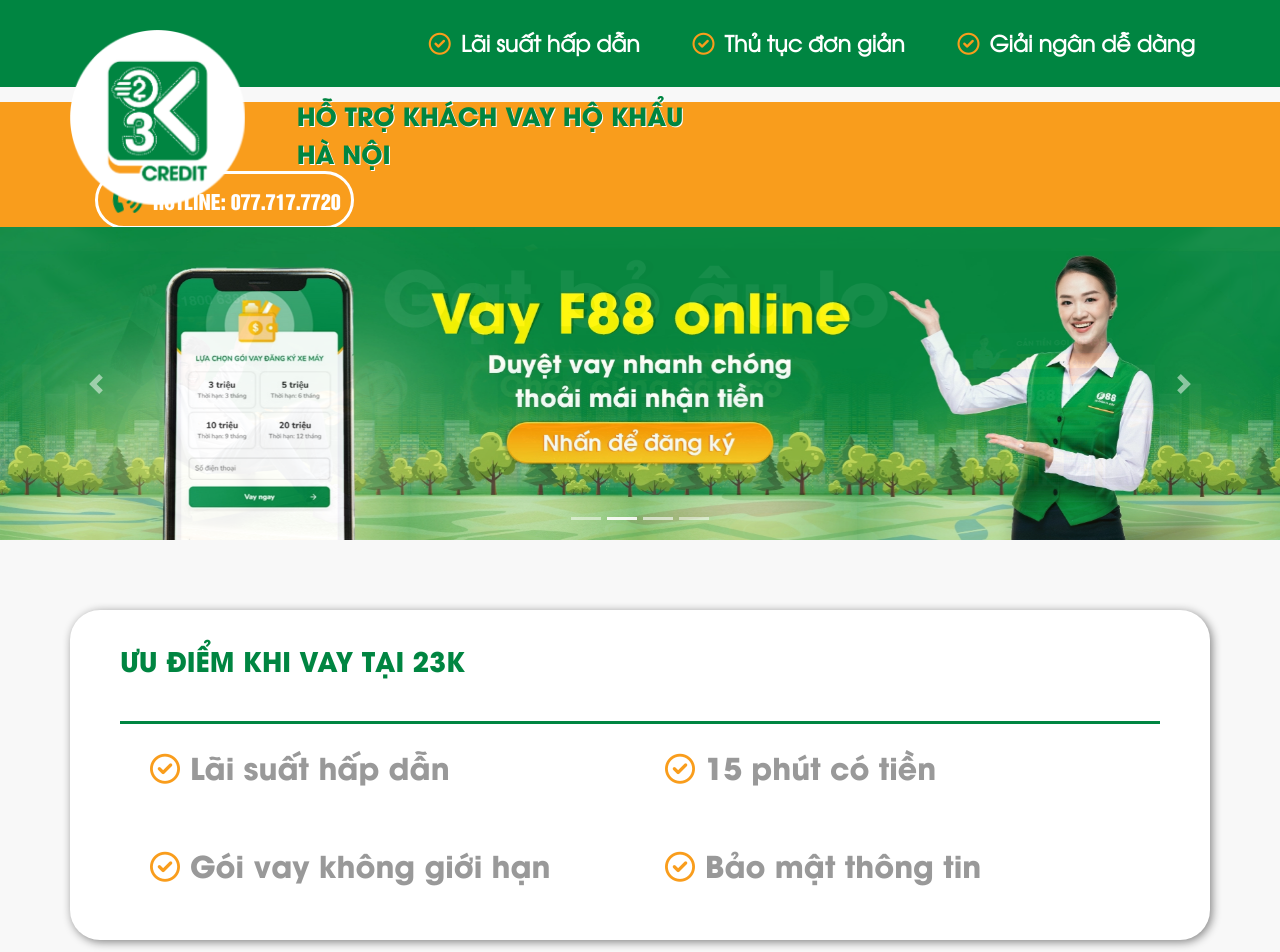
Repository: anhtu2110/23k.vn
Page: theme/index.html
An editor plug-in stored every save of this project. The page is shown before and after the next save, followed by the edit.
The browser window is 1280 px wide. The pictures show the part of the page from y = 0 to 952 px (the page is 1984 px tall).
A picture or video elsewhere on the page could not be fetched, so the positions and the page height are approximate.

Above is the page before, as saved 2022-12-29 21:39:57.

### theme/index.html
<!DOCTYPE html>
<html lang="en">

<head>
    <meta charset="UTF-8">
    <meta http-equiv="X-UA-Compatible" content="IE=edge">
    <meta name="viewport" content="width=device-width, initial-scale=1.0">
    <link rel="icon" type="image/x-icon" href="./public/images/footer_logo.png">
    <link rel="stylesheet" href="public/css/bootstrap/bootstrap-theme.css" type="text/css" />
    <link rel="stylesheet" href="public/css/bootstrap/bootstrap.css" type="text/css" />
    <link rel="stylesheet" href="public/reset.css" type="text/css" />
    <link rel="stylesheet" href="public/css/font-awesome/css/font-awesome.min.css">
    <link rel="stylesheet" href="https://cdnjs.cloudflare.com/ajax/libs/font-awesome/6.2.1/css/all.min.css">
    <link rel="stylesheet" href="public/style.css" type="text/css" />
    <link rel="stylesheet" href="public/responsive.css" type="text/css" />
    <title>23K</title>

    <script src="public/js/jquery-3.6.1.min.js"></script>
    <script src="public/js/bootstrap/bootstrap.min.js"></script>
    <script src="public/js/main.js"></script>
</head>

<body>
    <!-- test  -->
    <div id="wrapper">
        <div id="header">
            <div class="header-top">
                <div class="container">
                    <div class="logo">
                        <a href="" class="logo">
                            <img src="./public/images/LOGO.png" alt="">
                        </a>
                    </div>
                    <ul class="benefit">
                        <li class="benefit-item">Lãi suất hấp dẫn</li>
                        <li class="benefit-item">Thủ tục đơn giản </li>
                        <li class="benefit-item">Giải ngân dễ dàng</li>
                    </ul>
                </div>
            </div>
            <div class="header-bottom">
                <div class="container">
                    <div class="row">
                        <div class="col-md-3"></div>
                        <div class="col-md-6">
                            <span class="content text-uppercase">Hỗ trợ khách vay hộ khẩu hà nội</span>
                        </div>
                        <div class="col-md-5">
                            <a href="tel:0777177720" class="hotline text-decoration-none">
                                <span class="icon-phone"><i class="fa-solid fa-phone-volume animation-phone"></i></span>
                                <span>Hotline: 077.717.7720</span>
                            </a>
                        </div>
                    </div>
                    <!-- <span class="content text-uppercase">Hỗ trợ khách vay hộ khẩu hà nội</span> -->
                    <!-- <a href="tel:0777177720" class="hotline text-decoration-none">
                        <span class="icon-phone"><i class="fa-solid fa-phone-volume animation-phone"></i></span>
                        <span>Hotline: 077.717.7720</span>
                    </a> -->
                </div>
            </div>
        </div>
        <!-- END HEADER  -->
        <style>
            #banner img {
                max-width: 100%;
                height: auto;
            }
        </style>
        <div id="wp-content">
            <section class="home-banner">
                <div id="banner" class="banner carousel slide carousel-fade" data-ride="carousel">
                    <ol class="carousel-indicators">
                        <li data-target="#banner" class="active" data-slide-to="0"></li>
                        <li data-target="#banner" data-slide-to="1"></li>
                        <li data-target="#banner" data-slide-to="2"></li>
                        <li data-target="#banner" data-slide-to="3"></li>
                    </ol>
                    <div class="carousel-inner">
                        <div class="carousel-item active" data-interval="2500">
                            <a href="">
                                <img class="desktop" src="./public/images/20220511164418256-1920 x 470.jpg" alt="">
                            </a>
                        </div>
                        <div class="carousel-item" data-interval="2500">
                            <a href="">
                                <img class="desktop" src="./public/images/20221012100205330-f88 vay tiền destop.png"
                                    alt="">
                            </a>
                        </div>
                        <div class="carousel-item" data-interval="2500">
                            <a href="">
                                <img class="desktop"
                                    src="./public/images/20221118174037871-destop wc vay tiền tại f88.jpg" alt="">
                            </a>
                        </div>
                        <div class="carousel-item" data-interval="2500">
                            <a href="">
                                <img class="desktop" src="./public/images/slider_4.jpg" alt="">
                            </a>
                        </div>
                    </div>
                    <a href="#banner" class="carousel-control-prev" data-slide="prev">
                        <span class="carousel-control-prev-icon"></span>
                    </a>
                    <a href="#banner" class="carousel-control-next" data-slide="next">
                        <span class="carousel-control-next-icon"></span>
                    </a>
                </div>
            </section>
            <!-- END HOME-BANNER  -->
            <div id="advantages" class="container box">
                <div class="head-box">
                    <div class="row">
                        <div class="col-md-12">
                            <p class="title">Ưu điểm khi vay tại 23k</p>
                        </div>
                    </div>
                </div>
                <div class="list-advantage">
                    <div class="row justify-content-center">
                        <div class="col-md-6 col-12">
                            <p class="advantage">Lãi suất hấp dẫn</p>
                        </div>
                        <div class="col-md-6 col-12">
                            <p class="advantage">15 phút có tiền</p>
                        </div>
                        <div class="col-md-6 col-12">
                            <p class="advantage">Gói vay không giới hạn</p>
                        </div>
                        <div class="col-md-6 col-12">
                            <p class="advantage">Bảo mật thông tin</p>
                        </div>
                    </div>
                </div>
            </div>
            <!-- END ADVANTAGES  -->
            <div id="should-choose" class="container box">
                <div class="head-box">
                    <div class="row">
                        <div class="col-md-12">
                            <p class="title">Bạn nên chọn 23k</p>
                        </div>
                    </div>
                </div>
                <ul class="list-reason">
                    <li class="reason-item">
                        <a href=""><img src="./public/images/thu_tuc.png" alt=""></a>
                        <p>Thủ tục đơn giản chỉ cần CCCD & sổ hộ khẩu Hà Nội</p>
                    </li>
                    <li class="reason-item">
                        <a href=""><img src="./public/images/tham_dinh.png" alt=""></a>
                        <p>
                            Thẩm định nhanh chóng linh hoạt
                        </p>
                    </li>
                    <li class="reason-item">
                        <a href=""><img src="./public/images//lai_suat.png" alt=""></a>
                        <p>Lãi suất ưu đãi nhất Hà Nội</p>
                    </li>
                    <li class="reason-item">
                        <a href=""><img src="./public/images/tu_van.png" alt=""></a>
                        <p>Đăng ký tư vấn online dễ dàng</p>
                    </li>
                    <li class="reason-item">
                        <a href=""><img src="./public/images/bao_mat.png" alt=""></a>
                        <p>Bảo mật thông tin khách hàng</p>
                    </li>
                </ul>
            </div>
        </div>
        <!-- END WP-CONTENT  -->
        <div id="footer">
            <div id="footer-top">
                <div class="container">
                    <div class="row">
                        <div class="footer-top-content col-12">
                            <span class="footer-thank">Trân trọng cảm ơn quý khách !</span>
                            <a href="tel:0777177720" class="hotline text-decoration-none">
                                <span class="icon-phone"><i class="fa-solid fa-phone-volume animation-phone"></i></span>
                                <span>Hotline: 077.717.7720</span>
                            </a>
                        </div>
                    </div>
                </div>
            </div>
            <!-- END FOOTER-TOP  -->
            <div id="footer-bottom">
                <div class="container">
                    <div class="row no-gutters">
                        <div class="footer-logo col-md-4">
                            <a href="" class="logo">
                                <img src="./public/images/footer_logo.png" alt="">
                            </a>
                        </div>
                        <div class="footer-info-contact">
                            <p>Thông tin liên hệ</p>
                            <ul class="list-info-contact">
                                <li class="info-contact-item"><a href=""><i class="fa-solid fa-location-dot"></i>252 Đ.
                                        Lạc Long
                                        Quân, Bưởi, Cầu Giấy, Hà Nội, Việt Nam</a></li>
                                <li class="info-contact-item"><a href=""><i class="fa-solid fa-phone"></i>HOTLINE:
                                        0777.170.720</a></li>
                                <li class="info-contact-item"><a href=""><i
                                            class="fa-brands fa-square-facebook"></i>www.facebook.com/groups/taichinh23k</a>
                                </li>
                            </ul>
                        </div>
                    </div>
                </div>
            </div>
            <div class="container">
                <div class="row">
                    <div class="col-md-4">xin chaof</div>
                    <div class="col-md-4">xin chaof</div>
                    <div class="col-md-4">xin chào</div>
                </div>
            </div>

            <!-- END FOOTER-BOTTOM  -->
        </div>
        <!-- END FOOTER  -->
    </div>
</body>

</html>

### theme/public/style.css
@import '../public/css/import/fonts.css';
@import '../public/css/import/global.css';
@import '../public/css/import/header.css';
@import '../public/css/import/footer.css';
@import '../public/css/import/register.css';

### theme/public/responsive.css
@media (max-width: 1199px) {
    html {
        font-size: 5.333px;
        /* font-size: 8px; */
    }
}

@media (max-width: 767px) {
    html {
        font-size: 10px;
    }
}

### theme/public/css/import/fonts.css
@font-face {
    font-family: 'Leelawadee UI Bold';
    src: url('../../font/leelawdb.ttf');
}

@font-face {
    font-family: 'Montserrat-SemiBold';
    src: url('../../font/Montserrat-SemiBold.ttf');
}

@font-face {
    font-family: 'UTM Avo';
    src: url('../../font/UTM\ Avo.ttf');
}

@font-face {
    font-family: 'UTM AvoBold_Italic';
    src: url('../../font/UTM\ AvoBold_Italic.ttf');
}

@font-face {
    font-family: 'UTM AvoBold';
    src: url('../../font/UTM\ AvoBold.ttf');
}

@font-face {
    font-family: 'UTM AvoItalic';
    src: url('../../font/UTM\ AvoItalic.ttf');
}

@font-face {
    font-family: 'UTM HelvetIns';
    src: url('../../font/UTM\ HelvetIns.ttf');
}

### theme/public/css/import/global.css
:root {
    --bg-page: #F8F8F8;
    --bg-green: #008541;
    --bg-white: #FFFFFF;
    --bg-orange: #F99D1C;
    --bg-gray: #666666;
}

a {
    text-decoration: none !important;
}

ul {
    padding: 0;
    margin: 0;
}

html {
    font-size: 62.5%;
}

body {
    background-color: var(--bg-page);
}

.head-box {
    padding-bottom: 3rem;
    padding-top: 1rem;
    border-bottom: 3px solid var(--bg-green);
}

p.title {
    font-size: 2.7rem;
    font-family: 'UTM AvoBold';
    color: var(--bg-green);
    text-transform: uppercase;
}

.box {
    background-color: var(--bg-white);
    padding: 2rem 5rem;
    box-shadow: 2px 2px 10px gray;
    border-radius: 3rem;
    z-index: 1;
}

a.hotline {
    display: inline-block;
    font-size: 2rem;
    font-family: 'UTM HelvetIns';
    text-transform: uppercase;
    color: var(--bg-white);
    padding: 1rem 1rem;
    border: 0.3rem solid var(--bg-white);
    border-radius: 100rem;
    margin-left: 1rem;
    overflow: hidden;
}

a.hotline span.icon-phone i {
    font-size: 3rem;
    color: var(--bg-green);
    padding-inline: 0.5rem;
}

.animation-phone {
    animation-name: trin;
    animation-duration: 1.5s;
    animation-iteration-count: infinite;
    animation-timing-function: linear;
}

@keyframes trin {

    from {
        transform: rotate3d(0, 0, 1, 0deg);
    }

    20%,
    32%,
    44%,
    56%,
    68% {
        transform: rotate3d(0, 0, 1, 0deg);
    }

    23%,
    35%,
    47%,
    59%,
    71% {
        transform: rotate3d(0, 0, 1, 15deg);
    }

    26%,
    38%,
    50%,
    62%,
    74% {
        transform: rotate3d(0, 0, 1, 0deg);
    }

    29%,
    41%,
    53%,
    65%,
    77% {
        transform: rotate3d(0, 0, 1, -15deg);
    }

    80% {
        transform: rotate3d(0, 0, 1, 0deg);
    }

}

### theme/public/css/import/header.css
.header-top {
    background-color: var(--bg-green);
    margin-bottom: 1.5rem;
}

.header-top .container {
    position: relative;
    display: flex;
    justify-content: flex-end;
}

#header .logo {
    position: absolute;
    top: 1.5rem;
    left: 0;
    border-radius: 10rem;
    z-index: 1;
}

#header .logo a.logo img {
    width: 17.5rem;
    height: auto;
}

ul.benefit li.benefit-item {
    display: inline-block;
    font-size: 2.2rem;
    color: red;
    font-family: 'UTM Avo';
    font-weight: 600;
    color: var(--bg-white);
    padding: 2.6rem 2rem;
}

ul.benefit li.benefit-item:last-child {
    padding-right: 0;
}

ul.benefit li.benefit-item::before {
    display: inline-block;
    content: '\f058';
    font-family: "Font Awesome 6 Free";
    -webkit-font-smoothing: antialiased;
    font-weight: normal;
    color: #F99D1C;
    padding-inline: 1rem;
}

/* ul.benefit li.benefit-item i {
    display: inline-block;
    padding-inline: 1rem;
    color: #F99D1C;
} */

/* END HEADER TOP  */
.header-bottom {
    height: 12.5rem;
    background-color: var(--bg-orange);
    display: flex;
    align-items: center;
}

.header-bottom .container {
    display: flex;
    align-items: center;
    /* justify-content: right; */
}

.header-bottom .content {
    font-size: 2.5rem;
    font-family: 'UTM AvoBold';
    color: var(--bg-green);
    text-shadow: 1px 1px var(--bg-white);
    width: fit-content;
}

### theme/public/css/import/footer.css
#footer #footer-top {
    background-color: var(--bg-green);
    padding-block: 3rem;
}

#footer #footer-top .footer-top-content {
    display: flex;
    justify-content: space-between;
}

#footer #footer-top .footer-top-content span.footer-thank {
    font-size: 3.8rem;
    color: var(--bg-white);
    font-family: 'UTM AvoBold';
    text-transform: uppercase;
    margin-left: -1.5rem;
}

#footer #footer-top .footer-top-content a.hotline {
    /* border: none; */
    background-color: var(--bg-orange);
    margin-right: -1.5rem;
}

/* END FOOTER-TOP  */
#footer #footer-bottom .footer-logo a.logo img {
    display: block;
    max-width: 18rem;
    height: auto;
}

#footer #footer-bottom {
    padding-block: 4rem;
}

.footer-info-contact {
    font-size: 2.6rem;
    color: var(--bg-gray);
}

.footer-info-contact p {
    padding-block: 1rem;
    border-bottom: 0.2rem solid var(--bg-green);
}

ul.list-info-contact {
    list-style: none;
    padding: 0;
    margin: 0;
}

ul.list-info-contact li a {
    color: var(--bg-gray);
}

ul.list-info-contact i {
    display: inline-block;
    width: 3rem;
    height: auto;
}

### theme/public/css/import/register.css
#wp-content {
    margin-bottom: 8rem;
}

#advantages {
    margin-block: 7rem;
}

#advantages .list-advantage {
    margin-inline: 2rem;
}

#advantages p.advantage {
    font-size: 3rem;
    color: #999999;
    font-family: 'UTM AvoBold';
    padding-block: 2rem;
}

#advantages p.advantage::before {
    display: inline-block;
    content: '\f058';
    font-family: "Font Awesome 6 Free";
    -webkit-font-smoothing: antialiased;
    font-weight: normal;
    color: var(--bg-orange);
    padding-inline: 1rem;
}

/* END ADVANTAGE  */
#should-choose ul.list-reason {
    list-style: none;
    padding: 0;
    margin: 0;
    display: flex;
    align-items: center;
    text-align: center;
}

#should-choose ul.list-reason li.reason-item {
    flex-basis: 20%;
    padding: 2rem;
}

#should-choose ul.list-reason li a {
    display: block;
    width: 100%;
    height: 16rem;
}

#should-choose ul.list-reason li a img {
    display: inline-block;
    width: 15rem;
    height: auto;
}

#should-choose ul.list-reason li.reason-item p {
    font-size: 2rem;
    font-family: "UTM Avo";
    color: #808080;
}

Loaded but not shown: theme/public/css/bootstrap/bootstrap-theme.css (library); theme/public/css/bootstrap/bootstrap.css (library); theme/public/reset.css (common file); theme/public/css/font-awesome/css/font-awesome.min.css (library); theme/public/js/jquery-3.6.1.min.js (library); theme/public/js/bootstrap/bootstrap.min.js (library); theme/public/js/main.js (no copy from this time; the picture is the same without it)

After the next save:
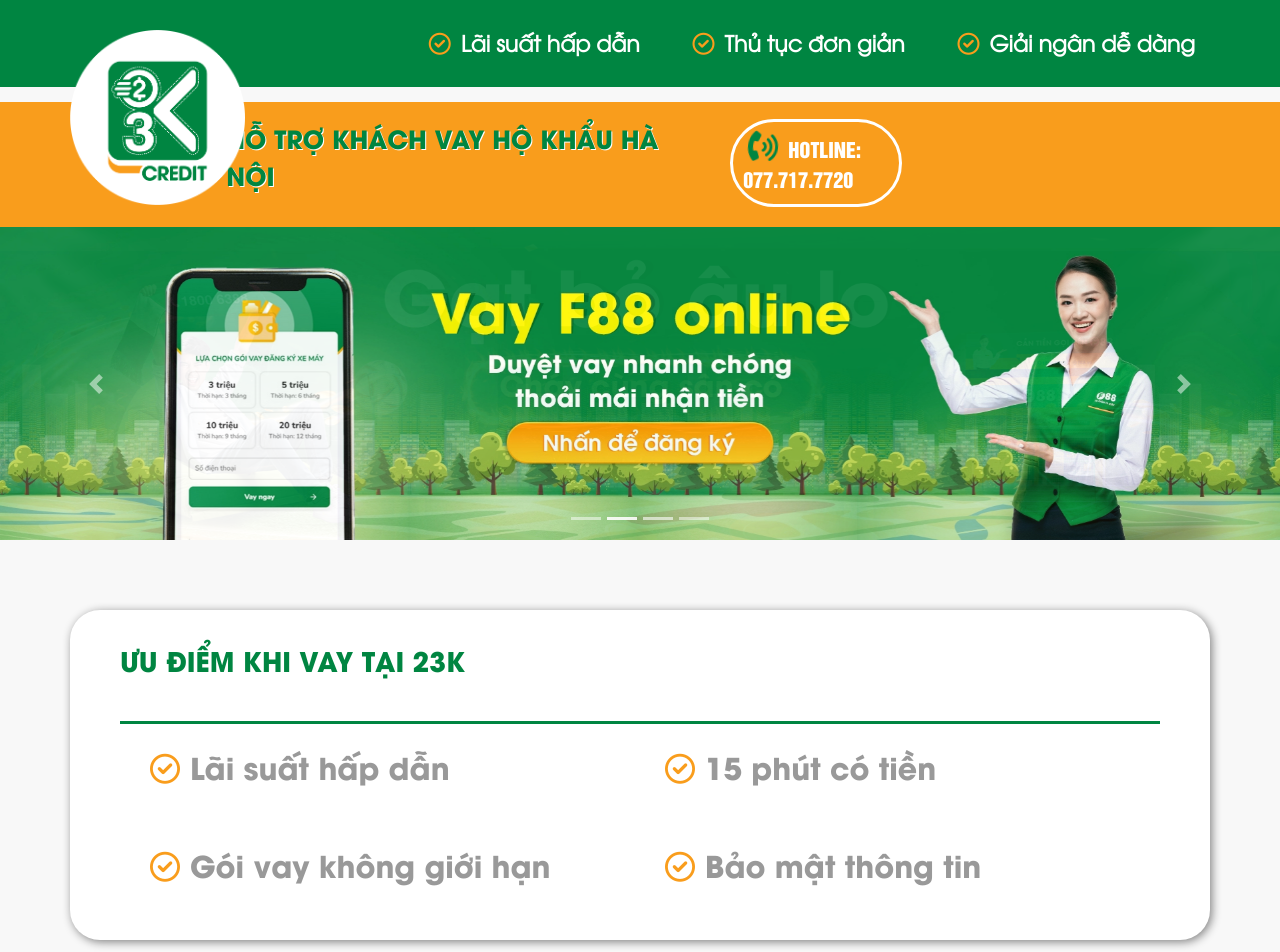
Saved 15 s later.
--- a/theme/index.html
+++ b/theme/index.html
@@ -41,11 +41,11 @@
             <div class="header-bottom">
                 <div class="container">
                     <div class="row">
-                        <div class="col-md-3"></div>
-                        <div class="col-md-6">
+                        <div class="col-md-2"></div>
+                        <div class="col-md-7">
                             <span class="content text-uppercase">Hỗ trợ khách vay hộ khẩu hà nội</span>
                         </div>
-                        <div class="col-md-5">
+                        <div class="col-md-3">
                             <a href="tel:0777177720" class="hotline text-decoration-none">
                                 <span class="icon-phone"><i class="fa-solid fa-phone-volume animation-phone"></i></span>
                                 <span>Hotline: 077.717.7720</span>
